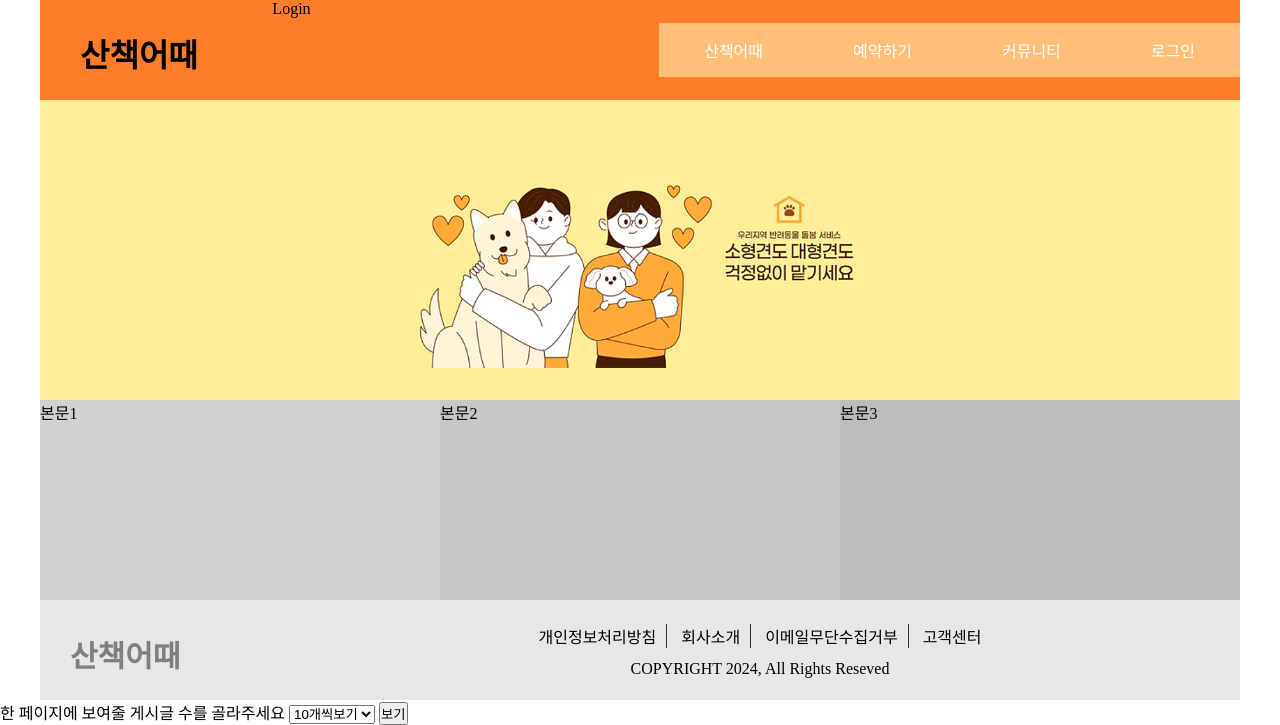
Repository: to-flatwhite1/portfolio
Page: http://localhost/JSP/
These files come from the project's save history. The page is drawn as it stood at one moment and after the next save; the edit follows.
The browser window is 1280 px wide. The pictures show the whole page.
The page is served by Tomcat 9. Other server files are loaded and not shown.

Above is the page before, as saved 2024-07-08 06:15:17.

### JSP/src/main/webapp/index.jsp
<%@ page language="java" contentType="text/html; charset=utf-8"
    pageEncoding="utf-8"%>
<!DOCTYPE html>
	<html>
	<head>
		<meta charset="utf-8">
		<title>산책어때</title>
		<link href="index.css" rel="stylesheet" type="text/css">
		<script src="jquery.min.js"></script>
		<script src="script.js"></script>
	</head>
	<body>
    <div id="wrap">
        <header id="header">
            <h1 class="logo">
                <a href="#">산책어때</a>
            </h1>
            <a href="login.jsp">Login</a>
            <nav class="nav">
                <ul>
                    <li><a href="#">산책어때</a>
                        <ul class="submenu">
                            <li><a href="introduce.jsp">산책어때 소개</a></li>
                        </ul>
                    </li>
                    <li><a href="#">예약하기</a>
                        <ul class="submenu">
                            <li><a href="#">산책하고싶은 강아지</a></li>
                            <li><a href="#">산책을 시키고 싶은 지원자</a></li>
                        </ul>
                    </li>
                    <li><a href="#">커뮤니티</a>
                        <ul class="submenu">
                            <li><a href="#">리뷰</a></li>
                            <li><a href="board.jsp">자유게시판</a></li>
                        </ul>
                     </li>
                    <li><a href="#">로그인</a>
                        <ul class="submenu">
                        	<li><a href="login.jsp">로그인</a></li>
                            <li><a href="register.jsp">회원가입</a></li>
                            <li><a href="mypage.jsp">마이페이지</a></li>
                        </ul>
                    </li>
                </ul>
            </nav>
        </header>
        <!-- header 끝 -->
		<div id="slide">
			<div class="slide_list">
				<ul>
					<li class="s1"><a href="#"></a></li>
					<li class="s2"><a href="#"></a></li>
				</ul>
			</div>
		</div>
        <div id="contents">
			<div class="content1">본문1</div>
			<div class="content2">본문2</div>
            <div class="content3">본문3</div>
        </div>
        <footer id="footer">
            <div class="footer1">
                <h4>산책어때</h4>
            </div>
            <div class="footer2">
                <div class="footer2-1">
                    <ul>
                        <li><a href="#">개인정보처리방침</a></li>
                        <li><a href="#">회사소개</a></li>
                        <li><a href="#">이메일무단수집거부</a></li>
                        <li><a href="#">고객센터</a></li>
                    </ul>
                </div>
                <div class="footer2-2">
                    COPYRIGHT 2024, All Rights Reseved
                </div>
            </div>
        </footer>
    </div>
    <!-- currentPage : 현재 보고있는 페이지번호 -->
		<!-- recordsPerPage : 한페이지 당 보여줄 게시글 수 -->
		<!-- limit n1, n2 -->
		<!-- 다음번에 시작되는 자료의 번호는 n1+n2+1 -->
		<!-- P1 : 1~10  (n1=0, n2=10)-->
		<!-- P2 : 11~20 (n1=10, n2=10)-->
		<!-- P3 : 21~30 (n1=20, n2=10)-->
		<form action="ReadPage" method="get">
			<input type="hidden" name="currentPage" value="1">
			한 페이지에 보여줄 게시글 수를 골라주세요
			<select name="recordsPerPage">
				<option value="5">5개씩보기</option>
				<option value="10" selected>10개씩보기</option>
				<option value="15">15개씩보기</option>
			</select>
			<input type="submit" value="보기">
		</form>
	</body>

</html>

### JSP/src/main/webapp/index.css
@charset "utf-8";
* {
    margin: 0;
    padding: 0;
    text-decoration: none;
    color:black;
}
a {
    text-decoration: none;
   	color: black;
}
a:visited { text-decoration: none; }
/*a:hover { text-decoration: none; }
a:focus { text-decoration: none; }
a:hover, a:active { text-decoration: none; }*/

a:link{

}

li {
    list-style: none;
}

/* wrap */
#wrap {
    width: 1200px;
    margin: 0 auto;
    position: relative;
}

/* header */
#header {
    width: 100%;
    display: flex;
    background-color: #FF7D29;
}
#header .logo {
    width: 20%;
    color: white;
    height: 100px;
}
#header .logo a {
    display: inline-block;

    padding: 30px 40px;
}
.nav {
    width: 80%;
    height: 100px;
    position: relative;
    z-index: 1000;
}
#header .nav > ul {
    display: flex;
    justify-content: right;
    align-items: center;
    height: 100%;
}
#header .nav > ul > li {
    position: relative;
}
#header .nav > ul > li > a {
    color: #fff;
    padding: 15px 45px;
    background-color: #FFBF78;	/*메뉴색*/
    display: block;
}
#header .nav > ul > li > a:hover {
    background-color: #FFDCA9;;
}
#header .nav > ul > li > ul {
    position: absolute;
    left: 0;
    background-color: #fff;
    width: 100%;
    text-align: center;
    display: none;
}
#header .nav > ul > li > ul > li > a {
    padding: 10px 20px;
    display: block;
}
#header .nav > ul > li > ul > li > a:hover {
    background-color: #FFBF78	;
}

.slide_list{height: 300px; background-color: #fc9; position: relative;overflow: hidden;}
.slide_list ul{position: absolute; top:0; left:0; height: 900px;}
.slide_list ul li{position:relative; width:1200px; height: 300px;}
.slide_list ul li a{ display: block; height: 100%;}
.s1{
	background: url(images/main.png) no-repeat center;
}
.s2{
	background: url(images/main2.png) no-repeat center;
}
#contents {
    width: 100%;
    display: flex;
}
#contents .content1 {
    width: 33.3333%;
    height: 200px;
    background-color: #d1d1d1;
}
#contents .content2 {
    width: 33.3333%;
    height: 200px;
    background-color: #c7c7c7;
}
#contents .content3 {
    width: 33.3333%;
    height: 200px;
    background-color: #bcbcbc;
}

#footer {
    width: 100%;
    display: flex;
    background-color: #e7e7e7;
}
#footer .footer1 {
    width: 20%;
    height: 100px;
}
#footer .footer1 h4 {
    font-size: 30px;
    color: #7f7f7f;
    padding: 32px 30px;
}
#footer .footer2 {
    width: 80%;
}
#footer .footer2 .footer2-1 {
    width: 100%;
    height: 50px;
    text-align: center;
}
#footer .footer2 .footer2-1 ul {
    padding-top: 24px;
}
#footer .footer2 .footer2-1 li {
    display: inline-block;
    border-right: 1px solid #333;
}
#footer .footer2 .footer2-1 li:last-child {
    border: 0;
}
#footer .footer2 .footer2-1 li a {
    padding: 10px;
}
#footer .footer2 .footer2-1 li a:hover {
    text-decoration: underline;
}
#footer .footer2 .footer2-2 {
    width: 100%;
    height: 50px;
    text-align: center;
    padding-top: 10px;
    box-sizing: border-box;
}

/* contents : banner */

### JSP/src/main/webapp/script.js
$(function(){


        // 메뉴 : 하나씩 나오기
        $(".nav > ul > li").mouseover(function(){
            $(this).find(".submenu").stop().slideDown(200);
        });
        $(".nav > ul > li").mouseout(function(){
            $(this).find(".submenu").stop().slideUp(200);
        });

       function slide(){
		   $(".slide_list ul").animate({top:-300},1000,function(){
			   $(".slide_list ul").append($(".slide_list ul li").first());
			   $(".slide_list ul").css({top:0});
		   });
	   }
	   setInterval(slide,3000);

    });

Loaded but not shown: JSP/src/main/webapp/jquery.min.js (library)

After the next save:
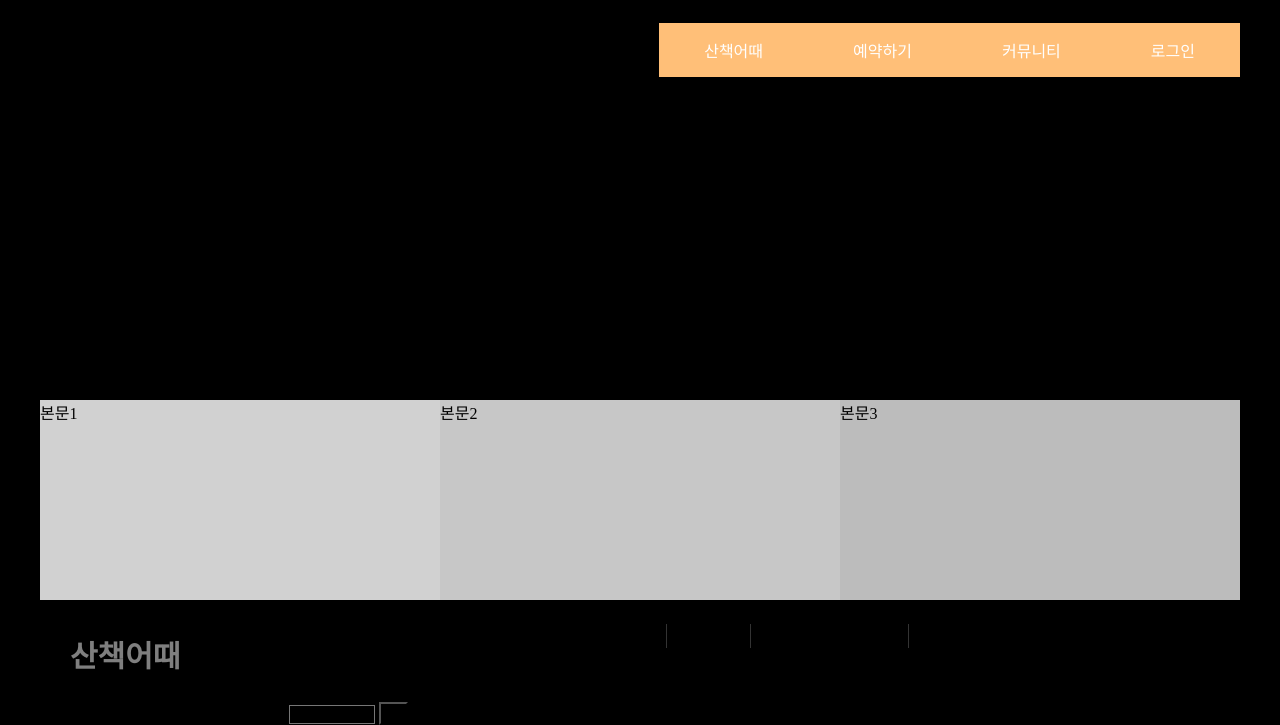
Saved 29 s later.
--- a/JSP/src/main/webapp/index.css
+++ b/JSP/src/main/webapp/index.css
@@ -4,6 +4,7 @@
     padding: 0;
     text-decoration: none;
     color:black;
+    background-color:black;
 }
 a {
     text-decoration: none;

After the save that followed:
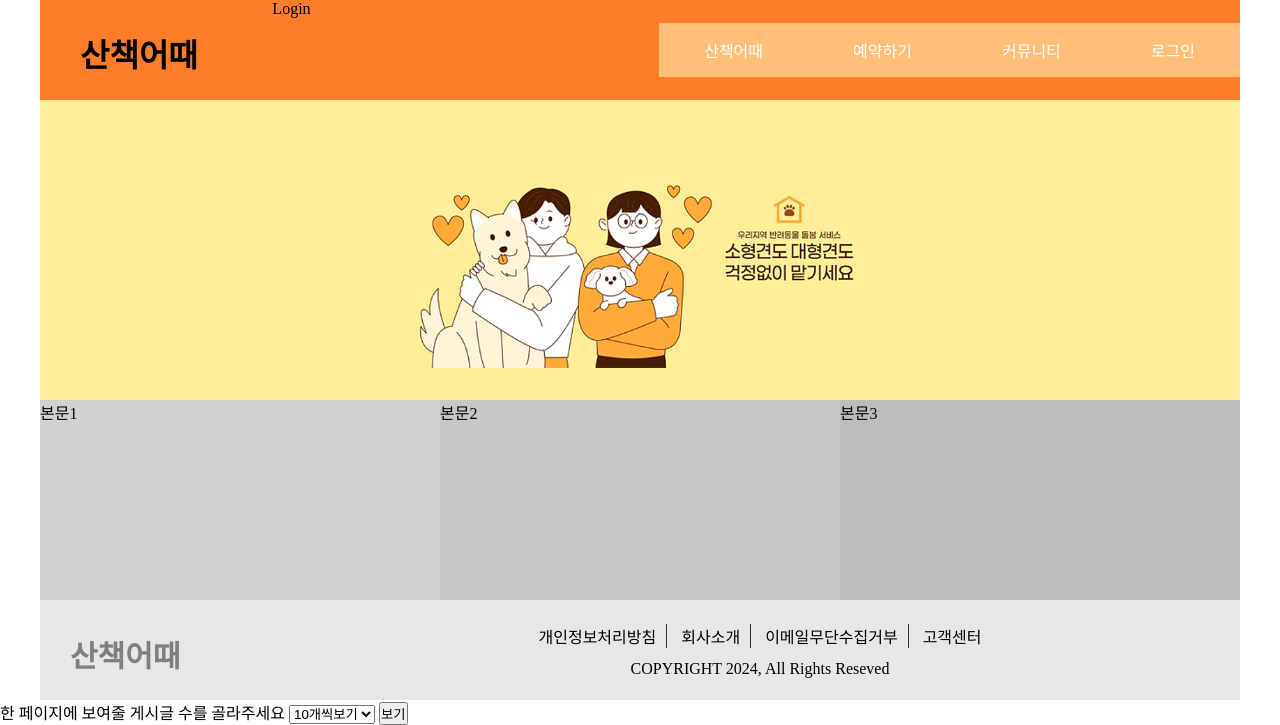
Saved 57 s later.
--- a/JSP/src/main/webapp/index.css
+++ b/JSP/src/main/webapp/index.css
@@ -4,7 +4,7 @@
     padding: 0;
     text-decoration: none;
     color:black;
-    background-color:black;
+
 }
 a {
     text-decoration: none;
